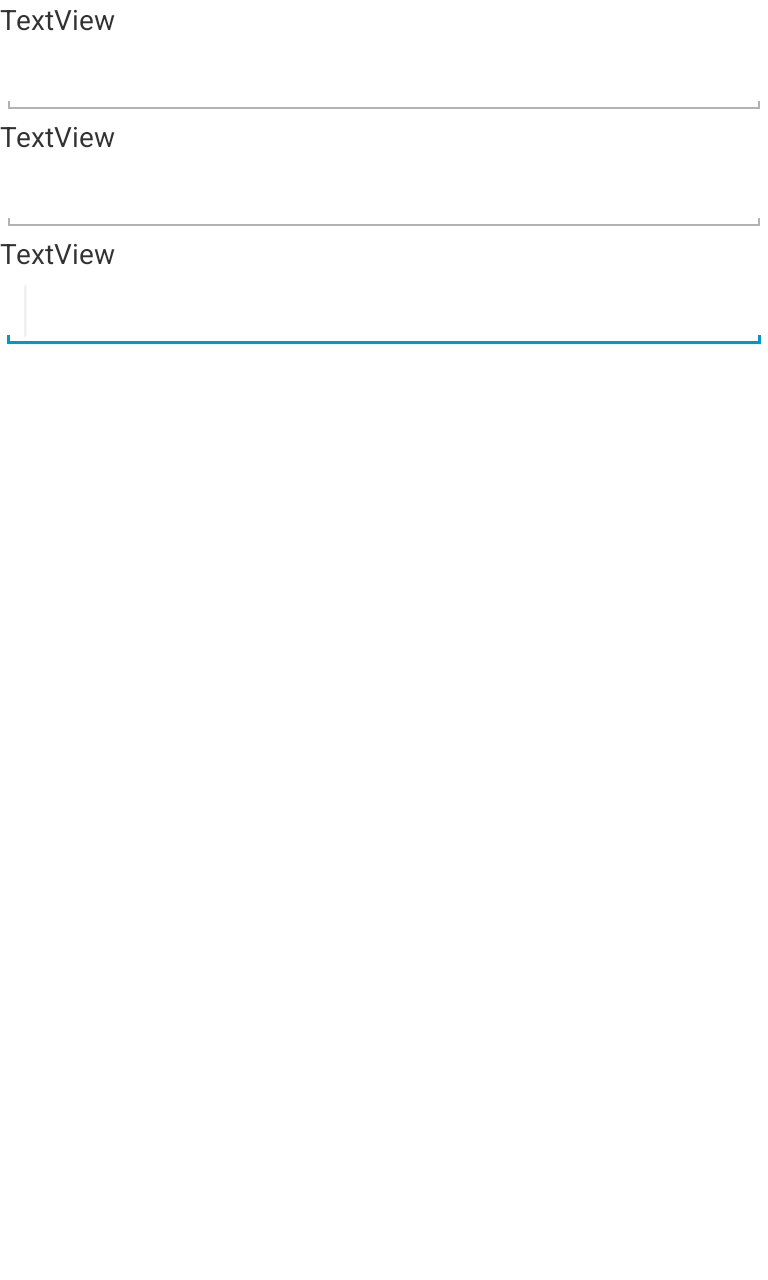
Repository: lcbasu/android
Layout: adt/M Notice/res/layout/admin.xml
These files come from the project's save history. The layout is drawn as it stood at one moment and after the next save; the edit follows.
It is drawn on a 768 x 1280 px phone screen (xhdpi) without system bars, with theme AppTheme; the app's code is not run.

Above is the layout before, as saved 2014-05-01 07:58:27.

After the next save:
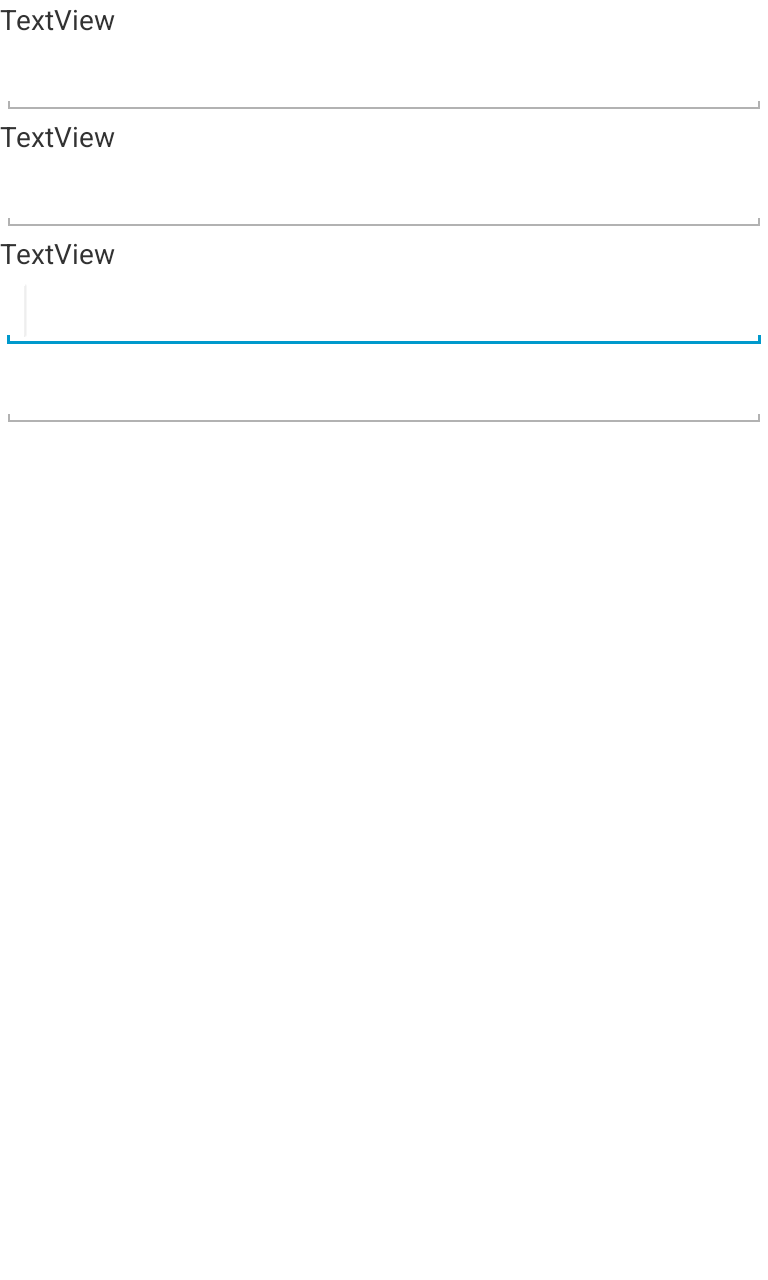
Saved 24 s later.
--- a/adt/M Notice/res/layout/admin.xml
+++ b/adt/M Notice/res/layout/admin.xml
@@ -44,9 +44,17 @@
         android:id="@+id/editDetail"
         android:layout_width="match_parent"
         android:layout_height="wrap_content"
+        android:inputType="textMultiLine"
         android:ems="10" >
 
         <requestFocus />
     </EditText>
 
+    <EditText
+        android:id="@+id/editText1"
+        android:layout_width="match_parent"
+        android:layout_height="wrap_content"
+        android:ems="10"
+        android:inputType="textMultiLine" />
+
 </LinearLayout>

After the save that followed:
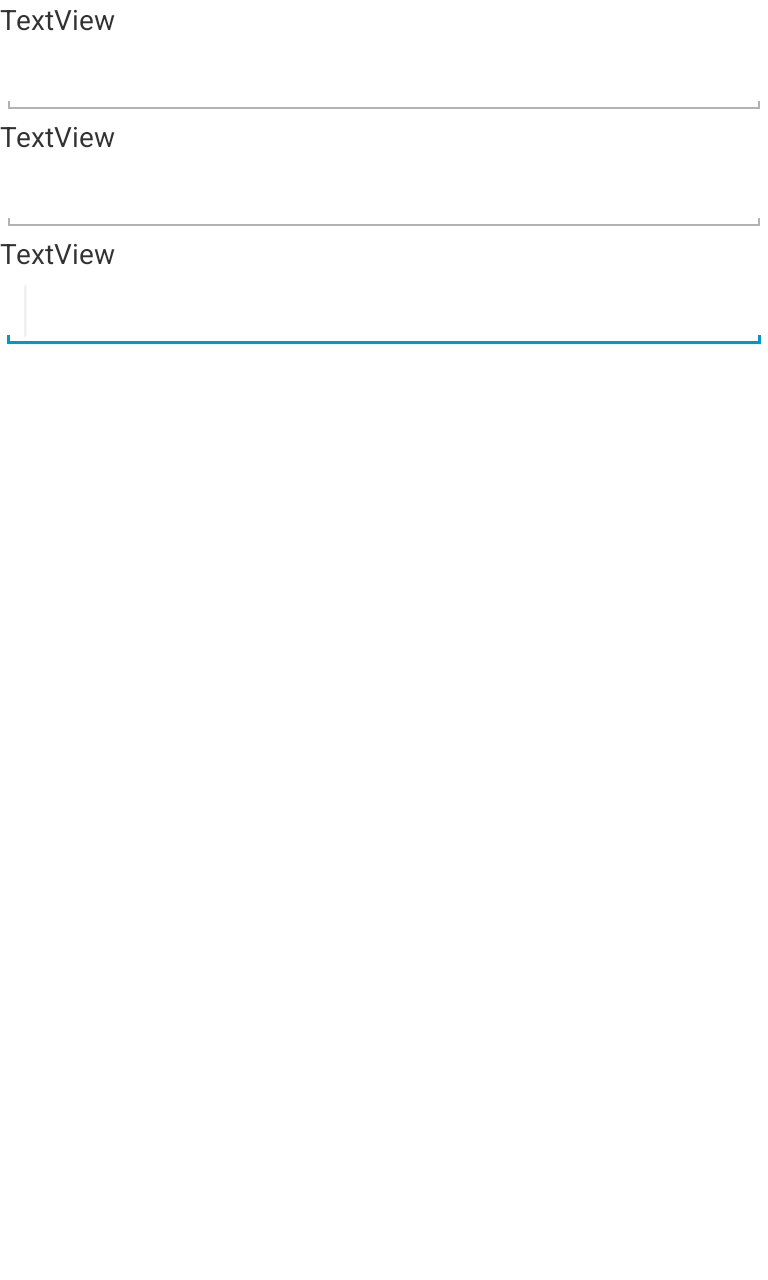
Saved 7 s later.
--- a/adt/M Notice/res/layout/admin.xml
+++ b/adt/M Notice/res/layout/admin.xml
@@ -19,7 +19,7 @@
         <requestFocus />
     </EditText>
 
-        <TextView
+    <TextView
         android:id="@+id/header"
         android:layout_width="wrap_content"
         android:layout_height="wrap_content"
@@ -34,7 +34,7 @@
         <requestFocus />
     </EditText>
 
-        <TextView
+    <TextView
         android:id="@+id/detail"
         android:layout_width="wrap_content"
         android:layout_height="wrap_content"
@@ -44,17 +44,10 @@
         android:id="@+id/editDetail"
         android:layout_width="match_parent"
         android:layout_height="wrap_content"
-        android:inputType="textMultiLine"
-        android:ems="10" >
+        android:ems="10"
+        android:inputType="textMultiLine" >
 
         <requestFocus />
     </EditText>
 
-    <EditText
-        android:id="@+id/editText1"
-        android:layout_width="match_parent"
-        android:layout_height="wrap_content"
-        android:ems="10"
-        android:inputType="textMultiLine" />
-
 </LinearLayout>
